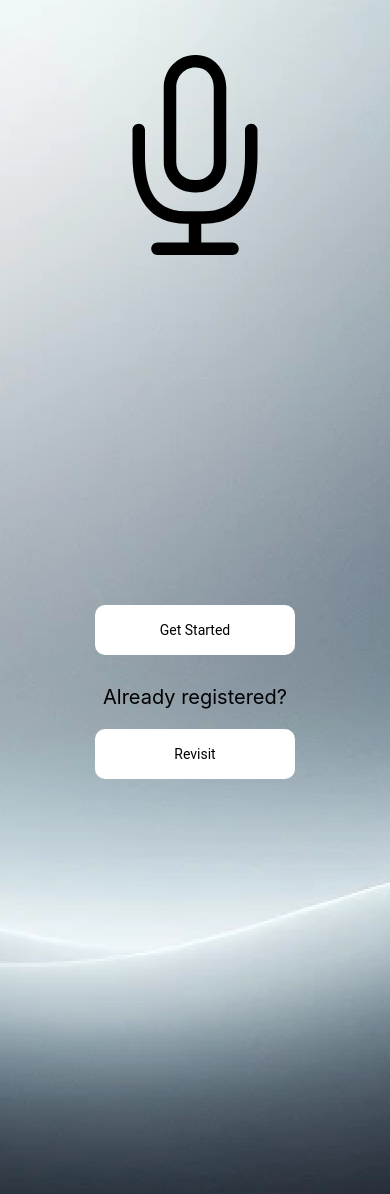
Repository: mortiestmorty1/recordings-app
Screen: / (app in frontend/)
The author's editor kept a copy of each file at every save. The screen is drawn from the files as they stood at one save, then again after the next save.
The app was drawn by React Native's web renderer in a window 390 px wide. The project was rebuilt for these pictures with package versions that can differ from the ones it lists, and the page was loaded fresh each time. Also part of the build but not shown: frontend/components/registerUser.js.

Above is the screen before, as saved 2024-03-08 01:03:10.

### frontend/App.js
import { StatusBar } from 'expo-status-bar';
import { StyleSheet, View } from 'react-native';
import RegisterUser from './components/registerUser.js';
import React from 'react';
import FirstScreen from './components/firstscreen.js';

export default function App() {
  const handleRegistrationSuccess = (userData) => {
    console.log('User registered:', userData);
  };

  return (
    <View style={styles.container}>
      <FirstScreen />
      {/* <RegisterUser onSubmit={handleRegistrationSuccess} /> */}
      <StatusBar style="auto" />
    </View>
  );
}

const styles = StyleSheet.create({
  container: {
    flex: 1,
    backgroundColor: '#fff',
    alignItems: 'center',
    justifyContent: 'center',
  },
});

### frontend/components/firstscreen.js
import React from 'react';
import { View, Text, StyleSheet, TouchableOpacity, ImageBackground } from 'react-native';
import { Svg, Path } from 'react-native-svg';
import background from '../assets/background.png'; // Ensure this path is correct

const FirstScreen = () => {
  return (
    <View style={styles.container}>
      <ImageBackground
        source={background}
        resizeMode="cover"
        style={styles.imageBackground}
      >
        <Svg style={styles.logo} fill="#000000" width="200" height="200" viewBox="0 0 1024 1024">
          <Path d="M510.88 704h7.6C607.44 704 672 638.4 672 548.032V166.624C672 73.184 604.56 0 518.466 0h-7.584C423.264 0 352 74.752 352 166.624v381.408C352 636.944 420.304 704 510.88 704zM416 166.624C416 110.032 458.56 64 510.88 64h7.6C569.504 64 608 108.128 608 166.624v381.408C608 603.024 572.032 640 518.464 640h-7.584c-55.872 0-94.88-37.808-94.88-91.968zM800 352c-17.68 0-32 14.336-32 32v133.072c0 190.4-67.968 282.929-207.744 282.929H465.12c-182.8 0-209.12-153.84-209.12-282.928V384.001c0-17.664-14.336-32-32-32s-32 14.336-32 32v133.072c0 220.496 91.888 346.928 273.12 346.928H480v96H320c-17.664 0-32 14.336-32 32s14.336 32 32 32h384c17.664 0 32-14.336 32-32s-14.336-32-32-32H544v-96h16.256C684.224 864.001 832 803.809 832 517.072V384c0-17.664-14.32-32-32-32z" />
        </Svg>
        <View style={styles.content}>
          <TouchableOpacity style={styles.btn1} onPress={() => console.log("Get Started pressed")}>
            <Text style={styles.btnText}>Get Started</Text>
          </TouchableOpacity>
          <Text style={styles.text}>Already registered?</Text>
          <TouchableOpacity style={styles.btn1} onPress={() => console.log("Revisit pressed")}>
            <Text style={styles.btnText}>Revisit</Text>
          </TouchableOpacity>
        </View>
      </ImageBackground>
    </View>
  );
};

const styles = StyleSheet.create({
  container: {
    flex: 1,
    width: '100%',
    height: '100%',
    justifyContent: 'center',
    alignItems: 'center',
  },
  imageBackground: {
    flex: 1,
    width: '100%',
    justifyContent: 'center',
    alignItems: 'center',
  },
  logo: {
    marginBottom: 100,
  },
  text: {
    fontSize: 20,
    margin: 20,
  },
  content: {
    justifyContent: 'center',
    alignItems: 'center',
    marginTop: 250,
  },
  btn1: {
    width: 200,
    height: 50,
    backgroundColor: 'white',
    borderRadius: 10,
    justifyContent: 'center',
    alignItems: 'center',
    marginBottom: 10,
  },
  btnText: {
    color: 'black',
    fontFamily: 'Roboto', // Directly use 'Roboto' without requiring the font file
  },
});

export default FirstScreen;

After the next save:
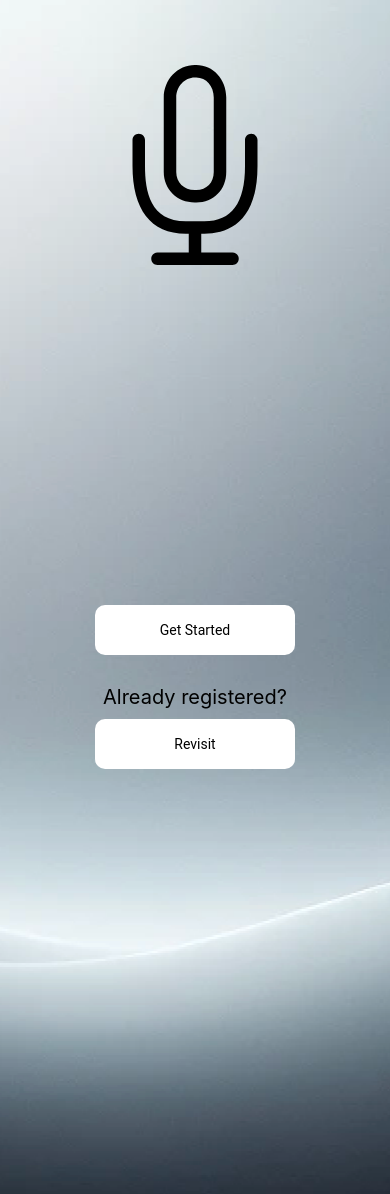
Saved 26 s later.
--- a/frontend/components/firstscreen.js
+++ b/frontend/components/firstscreen.js
@@ -61,7 +61,7 @@ const styles = StyleSheet.create({
     borderRadius: 10,
     justifyContent: 'center',
     alignItems: 'center',
-    marginBottom: 10,
+    bottom: 10,
   },
   btnText: {
     color: 'black',
